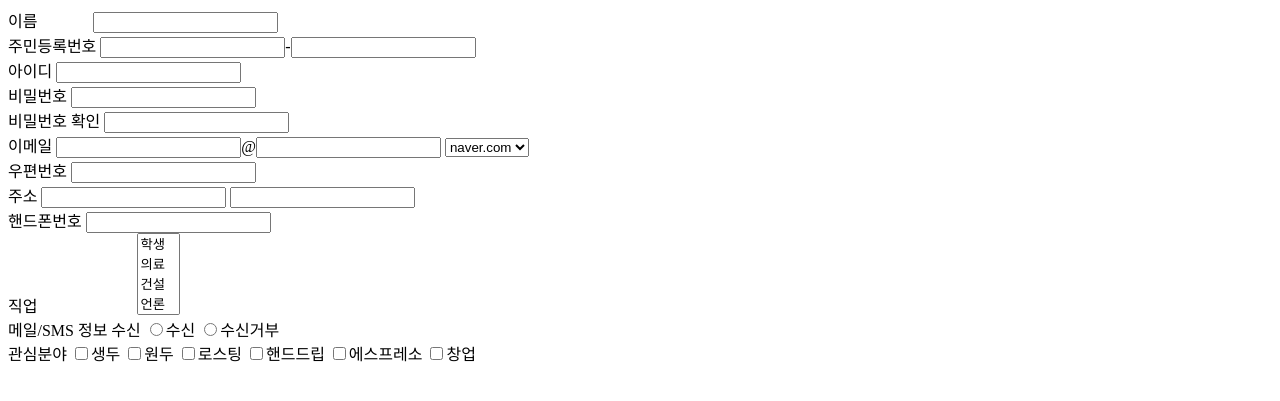
Repository: Yoon-jae-min/JSP-Servlet_Study
Page: http://localhost/self-study-01/join.jsp
An editor plug-in stored every save of this project. The page is shown before and after the next save, followed by the edit.
The browser window is 1280 px wide. The pictures show the whole page.
The page is served by Tomcat 10. Other server files are loaded and not shown.

Above is the page before, as saved 2024-06-06 12:04:12.

### JSP&Servlet-selfStudy/self-study-01/src/main/webapp/join.jsp
<%@ page language="java" contentType="text/html; charset=EUC-KR"
    pageEncoding="EUC-KR"%>
<!DOCTYPE html>
<html>
<head>
<meta charset="EUC-KR">
<style>
	label{
		display:inline-block;
	}
</style>
<title>Insert title here</title>
</head>
<body>
	<form method="post">
		<label>이름 &emsp;&emsp;&emsp;</label>
			<input type="text" name="name"><br>
		<label>주민등록번호</label>
			<input type="text" name="numFront">-<input type="password" name="numBehind"><br>
		<label>아이디</label>
			<input type="text" name="id"><br>
		<label>비밀번호</label>
			<input type="password" name="password"><br>
		<label>비밀번호 확인</label>
			<input type="password" name="paswordCheck"><br>
		<label>이메일</label>
			<input type="text" name="emailFront">@<input type="text" name="emailBehind">
			<select>
				<option>naver.com</option>
				<option>daum.net</option>
				<option>nate.com</option>
				<option>gmail.com</option>
			</select><br>
		<label>우편번호</label>
			<input type="text" name="addressNumber"><br>
		<label>주소</label>
			<input type="text" name="addressFront">
			<input type="text" name="addressBehind"><br>
		<label>핸드폰번호</label>
			<input type="text" name="telNum"><br>
		<label>직업&emsp;&emsp;&emsp;&emsp;&emsp;&emsp;</label>
			<select name="job" size="4">
				<option>학생</option>
				<option>의료</option>
				<option>건설</option>
				<option>언론</option>
				<option>공무원</option>
			</select><br>
		<label>메일/SMS 정보 수신</label>
			<input type="radio" name="inform" value="ok">수신
			<input type="radio" name="inform" value="no">수신거부<br>
		<label>관심분야</label>
			<input type="checkbox" name="interest" value="생두">생두
			<input type="checkbox" name="interest" value="원두">원두
			<input type="checkbox" name="interest" value="로스팅">로스팅
			<input type="checkbox" name="interest" value="핸드드립">핸드드립
			<input type="checkbox" name="interest" value="에스프레소">에스프레소
			<input type="checkbox" name="interest" value="창업">창업
	</form>
</body>
</html>

After the next save:
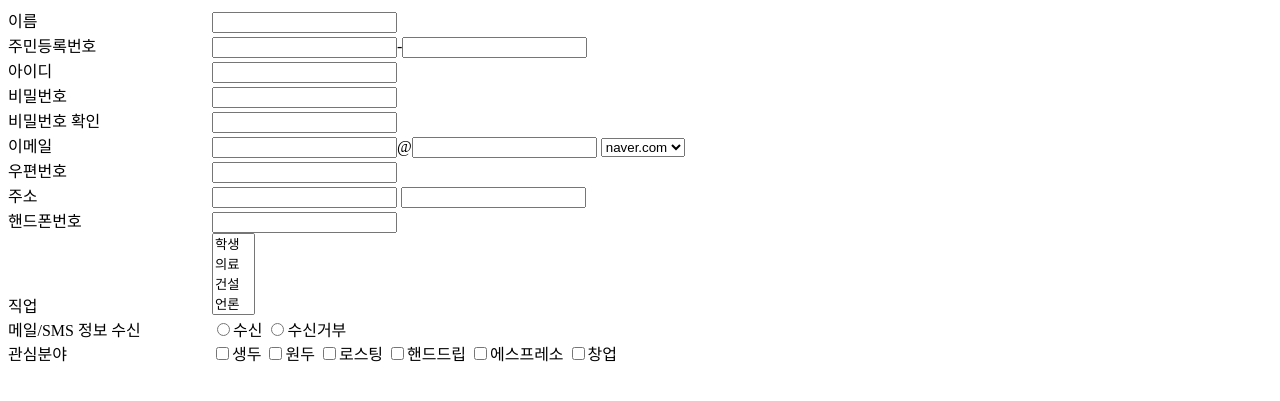
Saved 50 s later.
--- a/JSP&Servlet-selfStudy/self-study-01/src/main/webapp/join.jsp
+++ b/JSP&Servlet-selfStudy/self-study-01/src/main/webapp/join.jsp
@@ -7,6 +7,7 @@
 <style>
 	label{
 		display:inline-block;
+		width: 200px;
 	}
 </style>
 <title>Insert title here</title>
